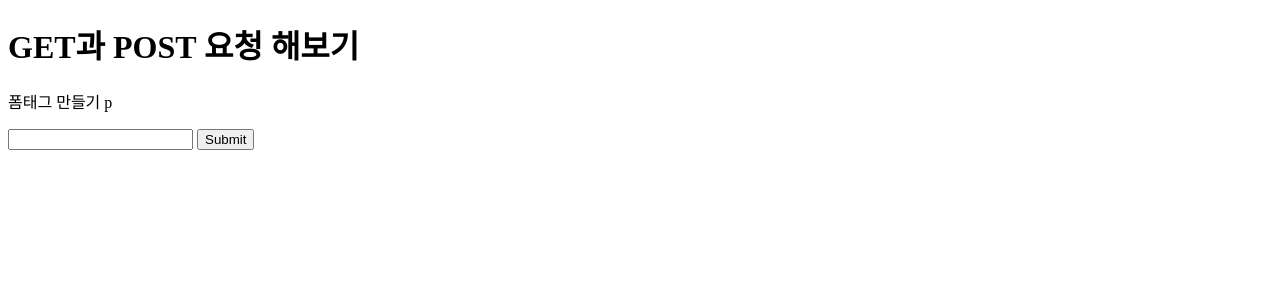
Repository: SanctusAlbino/Jsp_Servlet
Page: 01.HelloJspServlet/src/main/webapp/getpost.html
These files come from the project's save history. The page is drawn as it stood at one moment and after the next save; the edit follows.
The browser window is 1280 px wide. The pictures show the whole page.

Above is the page before, as saved 2023-05-18 02:09:26.

### 01.HelloJspServlet/src/main/webapp/getpost.html
<!DOCTYPE html>
<html>
<head>
<meta charset="UTF-8">
<title>Insert title here</title>
</head>
<body>
	<h1>GET과 POST 요청 해보기</h1>
	<p>폼태그 만들기 p</p>
	<form action="Ex03_GetPost" method="post">
		<input type="text" name="txt1" id="txt2">
		<input type="submit">

	</form>

</body>
</html>

After the next save:
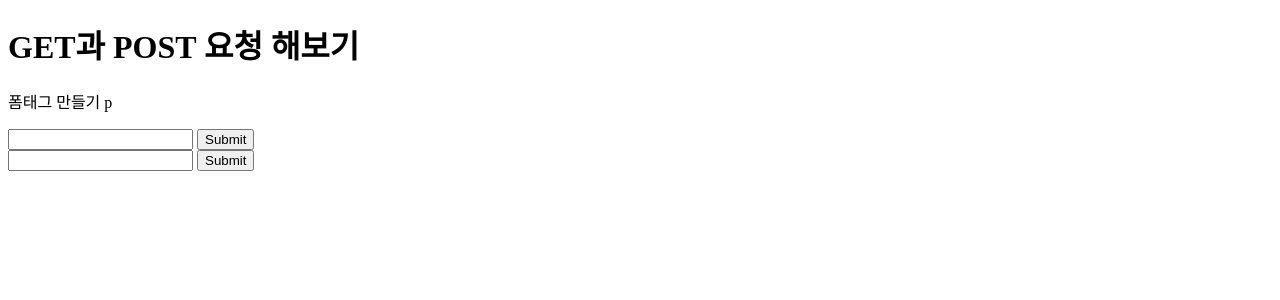
Saved 11 min 18 s later.
--- a/01.HelloJspServlet/src/main/webapp/getpost.html
+++ b/01.HelloJspServlet/src/main/webapp/getpost.html
@@ -7,10 +7,13 @@
 <body>
 	<h1>GET과 POST 요청 해보기</h1>
 	<p>폼태그 만들기 p</p>
+	<form action="Ex03_GetPost" method="get">
+		<input type="text" name="txt1" id="txt2">
+		<input type="submit">
+	</form>
 	<form action="Ex03_GetPost" method="post">
 		<input type="text" name="txt1" id="txt2">
 		<input type="submit">
-
 	</form>
 
 </body>
